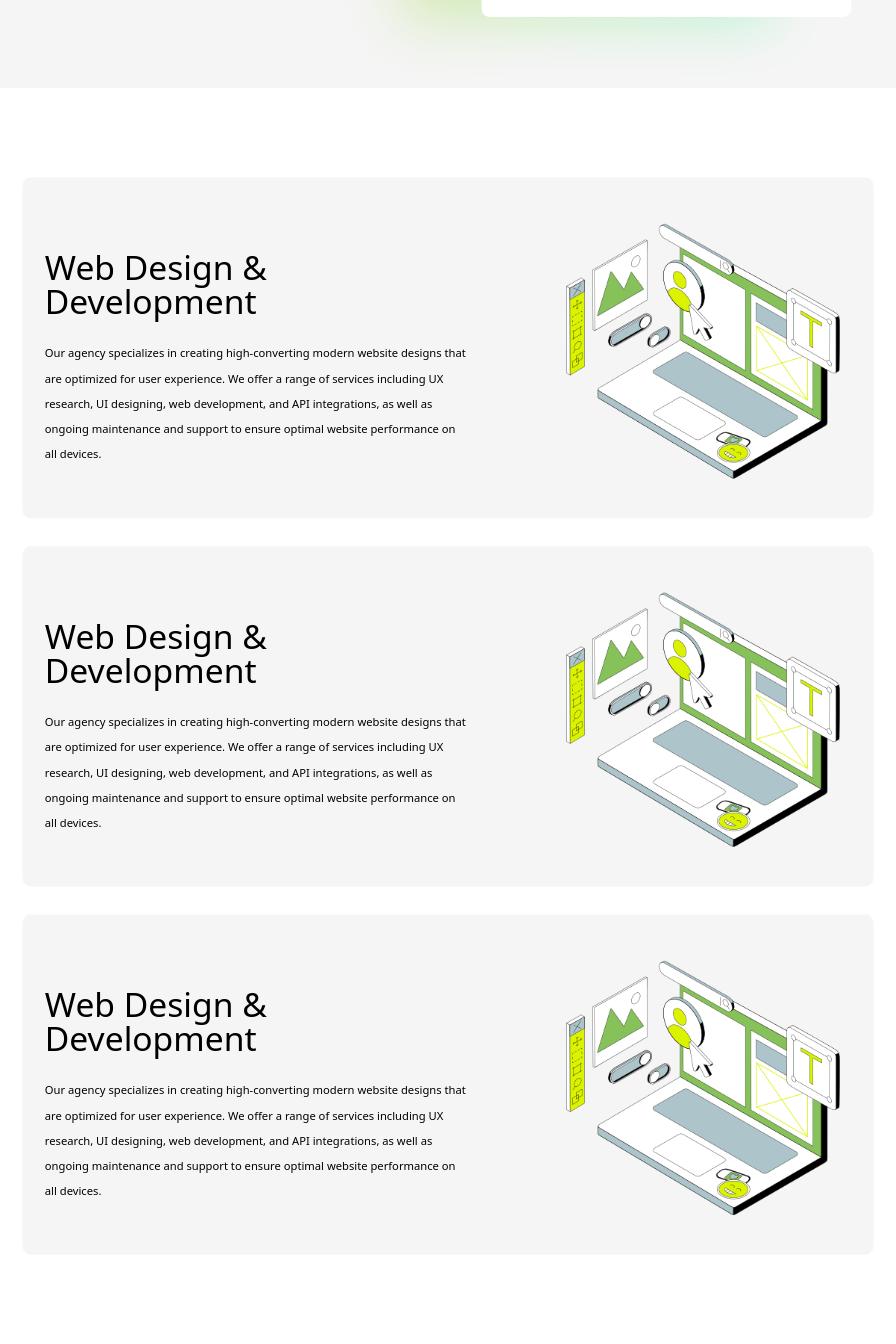
Repository: ornelasedward/mired_website
Page: /
An editor plug-in stored every save of this project. The page is shown before and after the next save, followed by the edit.
The browser window is 1280 px wide. The pictures show the part of the page from y = 1909 to 3829 px (the page is 3829 px tall), at 70% of full size.
The project was rebuilt for these pictures with package versions that can differ from the ones it lists, and the page was loaded fresh each time. The framework's server and built-in components were replaced by stand-ins that run in the browser. Also part of the build but not shown: next.config.js.

Above is the page before, as saved 2023-03-28 20:55:10.

After the next save:
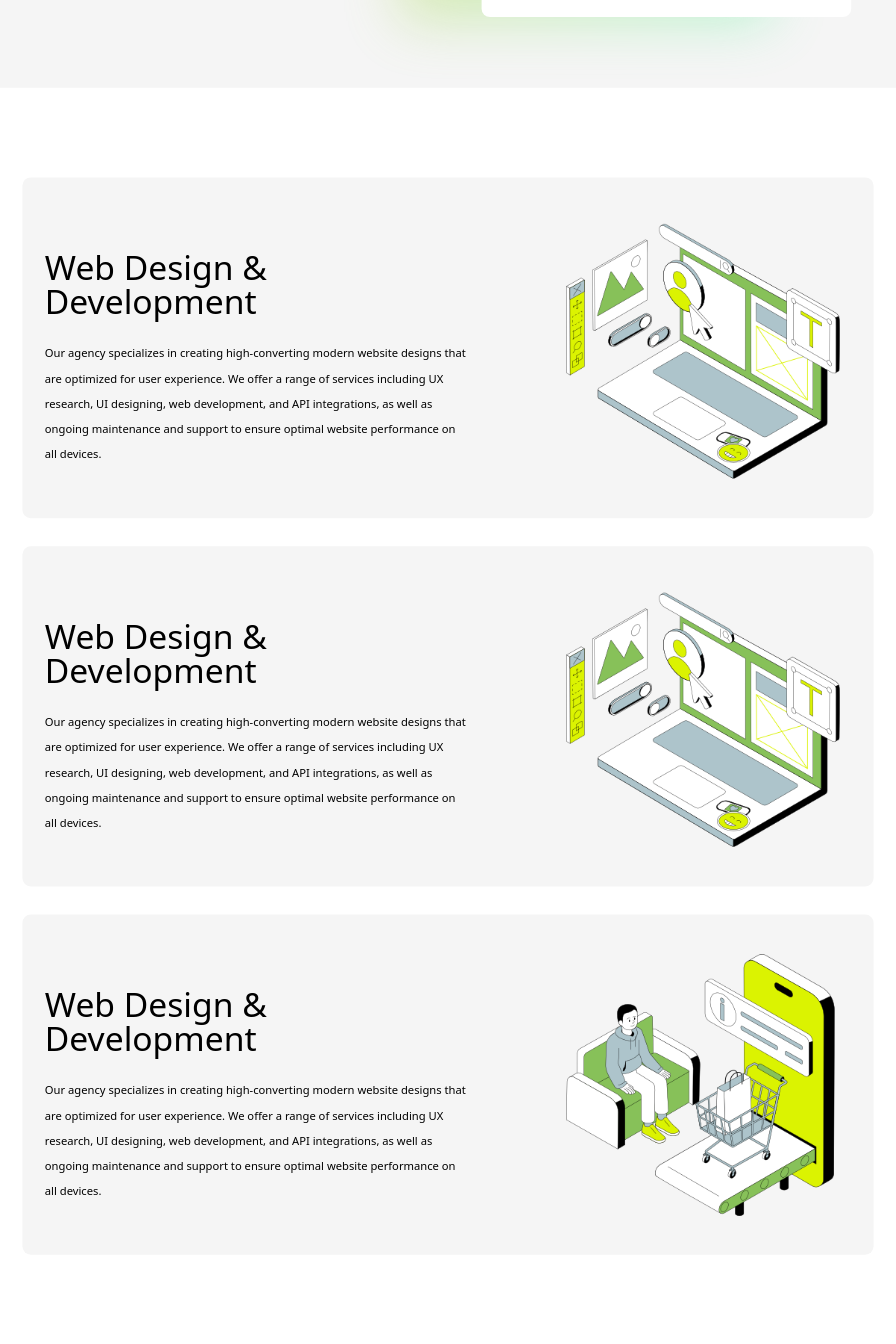
Saved 5 s later.
--- a/components/Services.tsx
+++ b/components/Services.tsx
@@ -1,6 +1,6 @@
 import Image from "next/image";
 import Laptop from "../images/Laptop.png";
-import Ecom from "../images/Laptop.png";
+import Ecom from "../images/Ecom.png";
 
 export default function Services() {
   return (
